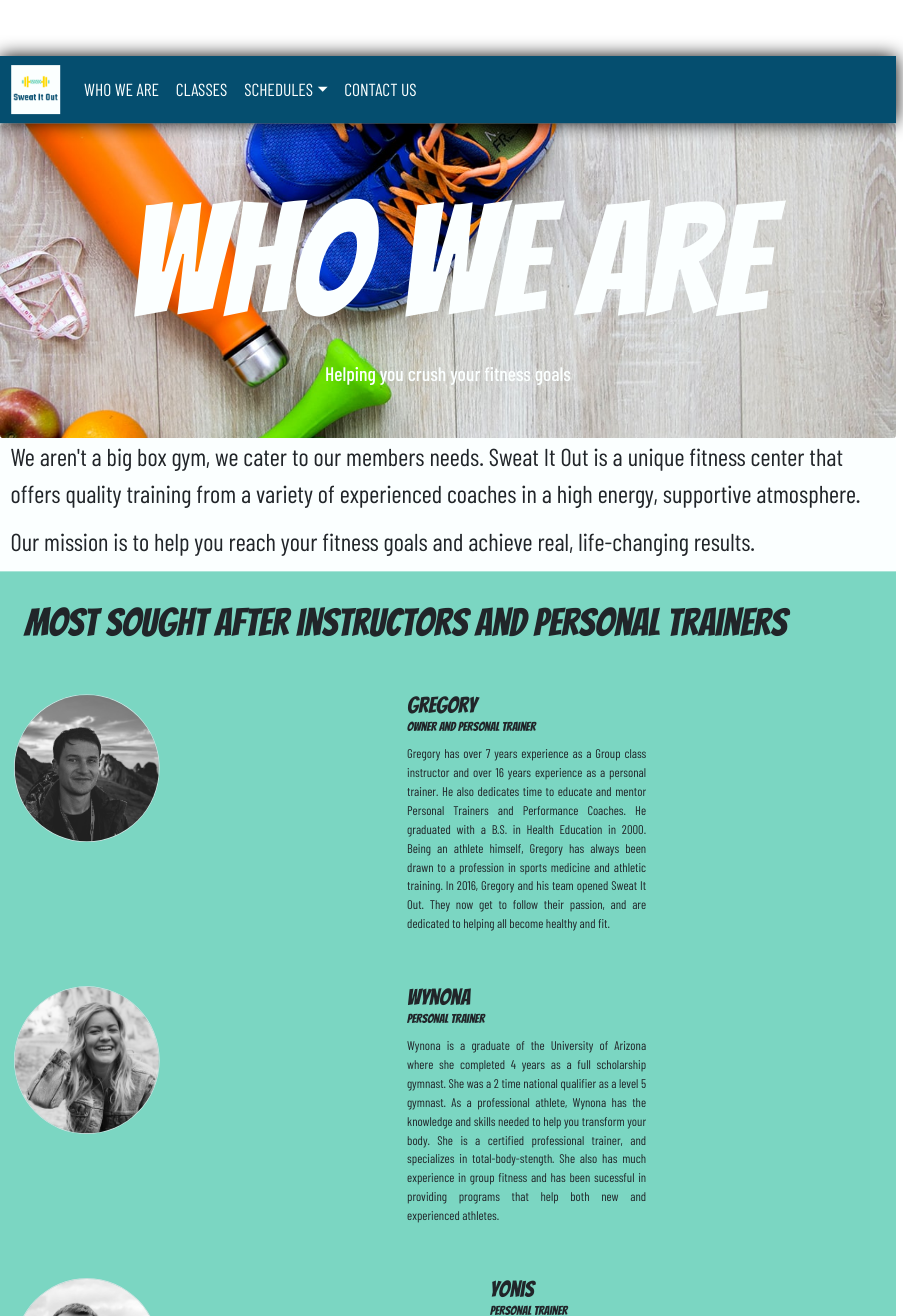
Repository: amybru/sweatitout
Page: about.html
The author's editor kept a record of every edit. The page is drawn from the files as they stood at one moment, then again after the next edit.
The browser window is 1280 px wide. The page is 1290 px wide, then 1280 px, so the pictures cover 1290 px, including what lies to the right of the window. The pictures show the part of the page from y = 0 to 1880 px (the page is 3206 px tall before and 3217 px after), at 70% of full size.
Some web fonts or font styles are not loaded; a fallback is used. Some web libraries are served in a nearby version.

Above is the page before.

### about.html
<!DOCTYPE html>
<html>

<head>
    <meta charset="utf-8">
    <meta name="viewport" content="width=device-width, initial-scale=1.0">
    <link rel="stylesheet" href="https://maxcdn.bootstrapcdn.com/bootstrap/4.2.1/css/bootstrap.min.css" type="text/css" />
    <link rel="stylesheet" href="https://maxcdn.bootstrapcdn.com/font-awesome/4.7.0/css/font-awesome.min.css" type="text/css" />
    <link href="https://fonts.googleapis.com/css?family=Bangers|Barlow+Condensed:200,300,400,500,700&display=swap" rel="stylesheet">
    <link rel="stylesheet" type="text/css" href="css/style.css">
    <title>Gym</title>
</head>

<body>

    <header>
        <nav class="navbar navbar-expand-lg navbar-default navbar-fixed-top">
            <a href="index.html" class="navbar-brand"><img src="./img/logo.png" width="70" height="70" class="d-inline-block align-top logo-img" alt=""></a>

            <button class="navbar-toggler ml-auto" type="button" data-toggle="collapse" data-target="#navbarNavDropdown" aria-controls="navbarNavDropdown" aria-expanded="false" aria-label="Toggle navigation">
        <span class="navbar-toggler-icon"></span></button>

            <div class="collapse navbar-collapse navbar-content" id="navbarNavDropdown">
                <ul class="navbar-nav navbar-right">
                    <li class="nav-item ml-auto list-inline-item menuitem uppercase"><a class="nav-link" href="about.html">Who We Are</a></li>
                    <li class="nav-item ml-auto list-inline-item menuitem uppercase"><a class="nav-link" href="classes.html">Classes</a></li>
                    <li class="nav-item dropdown d-none d-lg-block list-inline-item menuitem uppercase">
                        <a class="nav-link dropdown-toggle" href="#" id="navbarNavDropdownMenuLink" role="button" data-toggle="dropdown" aria-haspopup="true" aria-expanded="false">Schedules</a>
                        <div class="dropdown-menu" aria-labelledby="navbarNav DropdownMenuLink">
                            <a class="dropdown-item uppercase" href="./img/2018schedule.pdf" target="_blank">2018 Schedule</a>
                            <a class="dropdown-item uppercase" href="./img/2019schedule.pdf" target="_blank">2019 Schedule</a>
                            <a class="dropdown-item uppercase" href="./img/2019schedule.pdf" target="_blank">2020 Schedule</a>
                        </div>
                    </li>
                    <li class="active nav-item ml-auto list-inline-item menuitem uppercase"><a class="nav-link" href="contact.html">Contact Us</a></li>
            </div>

        </nav>
    </header>

    <section class="jumbotron" id="about-view">
        <div class="row">
            <div class="col-12">
                <section class="callout">
                    <h1 class="gym-name">Who We Are</h1>
                    <h3>Helping you crush your fitness goals</h3>
                </section>
            </div>
        </div>
    </section>

    <section class="about-about-page">
        <div class="col-12 about-about section-column">
            <div class="row">
                <div class="col-12">
                    <p>We aren't a big box gym, we cater to our members needs. Sweat It Out is a unique fitness center that offers quality training from a variety of experienced coaches in a high energy, supportive atmosphere.</p>
                    <p>Our mission is to help you reach your fitness goals and achieve real, life-changing results.</p>
                </div>
            </div>
        </div>
    </section>

    <section class="services-landing-page about-gallery" id="gallery">
        <div class="backdrop">
            <div class="row">
                <h2>
                    Most sought after instructors and personal trainers
                </h2>
                <div class="row">
                    <div class="col-12 col-lg-6 flex">
                        <img class="photo border" src="./img/trainerone.jpeg" alt="Gregory">
                    </div>
                    <div class="col-12 col-lg-6 flex">
                        <div class="instructor-details">
                            <h3>
                                Gregory<br>

                                <p>
                                    Owner and Personal Trainer
                                </p>
                            </h3>
                            <p>
                                Gregory has over 7 years experience as a Group class instructor and over 16 years experience as a personal trainer. He also dedicates time to educate and mentor Personal Trainers and Performance Coaches. He graduated with a B.S. in Health Education in
                                2000. Being an athlete himself, Gregory has always been drawn to a profession in sports medicine and athletic training. In 2016, Gregory and his team opened Sweat It Out. They now get to follow their passion, and are dedicated
                                to helping all become healthy and fit.</p>
                            </p>
                        </div>
                    </div>
                </div>
                <div class="row">
                    <div class="col-12 col-lg-6 flex">
                        <img class="photo border" src="./img/trainertwo.jpeg" alt="Wynona">
                    </div>
                    <div class="col-12 col-lg-6 flex">
                        <div class="instructor-details">
                            <h3>
                                Wynona<br>

                                <p>
                                    Personal Trainer
                                </p>
                            </h3>
                            <p>Wynona is a graduate of the University of Arizona where she completed 4 years as a full scholarship gymnast. She was a 2 time national qualifier as a level 5 gymnast. As a professional athlete, Wynona has the knowledge and
                                skills needed to help you transform your body. She is a certified professional trainer, and specializes in total-body-stength. She also has much experience in group fitness and has been sucessful in providing programs that
                                help both new and experienced athletes.</p>
                            </p>
                        </div>
                    </div>
                </div>
            <div class="row">
                    <div class="col-12 col-lg-6 flex">
                <img class="photo border" src="./img/trainerthree.jpeg" alt="Yonis">
                </div>
                    <div class="col-12 col-lg-6 flex">
                <div class="instructor-details">
                    <h3>
                        Yonis<br>

                        <p>
                            Personal Trainer
                        </p>
                    </h3>
                    <p>Yonis is a certified personal trainer, USA Boxing coach, and professional spinning instructor. His initial training experience began with amateur boxers and expanded to professional and group fitness training. He has worked with athletes
                        of all ages and sports.</p>
                    </p>
                </div>
            </div>
            <div class="flex">
                <img class="photo border" src="./img/trainerfour.jpeg" alt="April">
                <div class="instructor-details">
                    <h3>
                        April<br>

                        <p>
                            Personal Trainer
                        </p>
                    </h3>
                    <p>April is one of our most loved group-class instructors. While in college, April was on the Track & field team where she won several competitions. She then went on to work as an elementary school gym teacher. She loves working with
                        clients on specialized fitness programs</p>
                    </p>
                </div>
            </div>
        </div>
        </div>
    </section>


    <section class="you-about-page">
        <div class="col-12 about-skills section-column">
            <div class="row">
                <div class="col">
                    <h3 class="section-heading uppercase">Our story starts with you</h3>
                </div>
            </div>
            <div>
                <h4>Strength & Conditioning</h3>
                    <p>89%</p>
                    <div class="progress">
                        <div class="progress-bar progress-bar-striped progress-bar-animated" role="progressbar" aria-valuenow="89" aria-valuemin="0" aria-valuemax="100" style="width: 89%"></div>
                    </div>
                    <h4>Group Fitness & Cardio</h3>
                        <p>95%</p>
                        <div class="progress">
                            <div class="progress-bar progress-bar-striped progress-bar-animated" role="progressbar" aria-valuenow="90" aria-valuemin="0" aria-valuemax="100" style="width: 90%"></div>
                        </div>
                        <h4>Motivational Trainers</h3>
                            <p>99%</p>
                            <div class="progress">
                                <div class="progress-bar progress-bar-striped progress-bar-animated" role="progressbar" aria-valuenow="99" aria-valuemin="0" aria-valuemax="100" style="width: 98%"></div>
                            </div>
            </div>
        </div>
    </section>


    <section class="signup-about-page">
        <div class="col-12 about-signup section-column">
            <div class="row">
                <div class="col">
                    <h3 class="section-heading uppercase">Want to improve your strength, coordination, and flexibility?</h3>
                </div>
            </div>
            <div class="row">
                <div class="col-12">
                    <p>Come try a class on us.</p>
                    <a href="contact.html" class="btn btn-lg free-button uppercase">Sign up for a free class</a>
                </div>
            </div>
        </div>
    </section>


    <footer class="footer container-fluid" id="footer">
        <div>
            <div id="footer-details">
                <h5 class="footer-name uppercase">SWEAT IT OUT</h5>
                <p class="block">123 1st Street<br> (555) 222-2323</p>
            </div>

            <div class="footer-social">
                <ul class="list-inline social-links">
                    <li class="list-inline-item">
                        <a target="_blank" href="https://www.facebook.com/">
                            <i class="fa fa-facebook" aria-hidden="true"></i>
                            <span class="sr-only"Facebook></span>
                        </a>
                    </li>
                    <li class="list-inline-item">
                        <a target="_blank" href="https://www.yelp.com/">
                            <i class="fa fa-yelp" aria-hidden="true"></i>
                            <span class="sr-only"Yelp></span>
                        </a>
                    </li>
                    <li class="list-inline-item">
                        <a target="_blank" href="https://www.google.com/">
                            <i class="fa fa-google-plus" aria-hidden="true"></i>
                            <span class="sr-only"Google+></span>
                        </a>
                    </li>
                    <li class="list-inline-item">
                        <a target="_blank" href="https://www.instagram.com/">
                            <i class="fa fa-instagram" aria-hidden="true"></i>
                            <span class="sr-only"Instagram></span>
                        </a>
                    </li>
                    <li class="list-inline-item">
                        <a target="_blank" href="https://twitter.com/?lang=en">
                            <i class="fa fa-twitter" aria-hidden="true"></i>
                            <span class="sr-only"Twitter></span>
                        </a>
                    </li>
                </ul>
            </div>
        </div>

    </footer>

</body>

<script src="https://code.jquery.com/jquery-3.3.1.slim.min.js" integrity="sha384-q8i/X+965DzO0rT7abK41JStQIAqVgRVzpbzo5smXKp4YfRvH+8abtTE1Pi6jizo" crossorigin="anonymous"></script>
<script src="https://cdnjs.cloudflare.com/ajax/libs/popper.js/1.14.7/umd/popper.min.js" integrity="sha384-UO2eT0CpHqdSJQ6hJty5KVphtPhzWj9WO1clHTMGa3JDZwrnQq4sF86dIHNDz0W1" crossorigin="anonymous"></script>
<script src="https://stackpath.bootstrapcdn.com/bootstrap/4.3.1/js/bootstrap.min.js" integrity="sha384-JjSmVgyd0p3pXB1rRibZUAYoIIy6OrQ6VrjIEaFf/nJGzIxFDsf4x0xIM+B07jRM" crossorigin="anonymous"></script>

</html>

Loaded but not shown: css/style.css (625 lines, source omitted)

After the next edit:
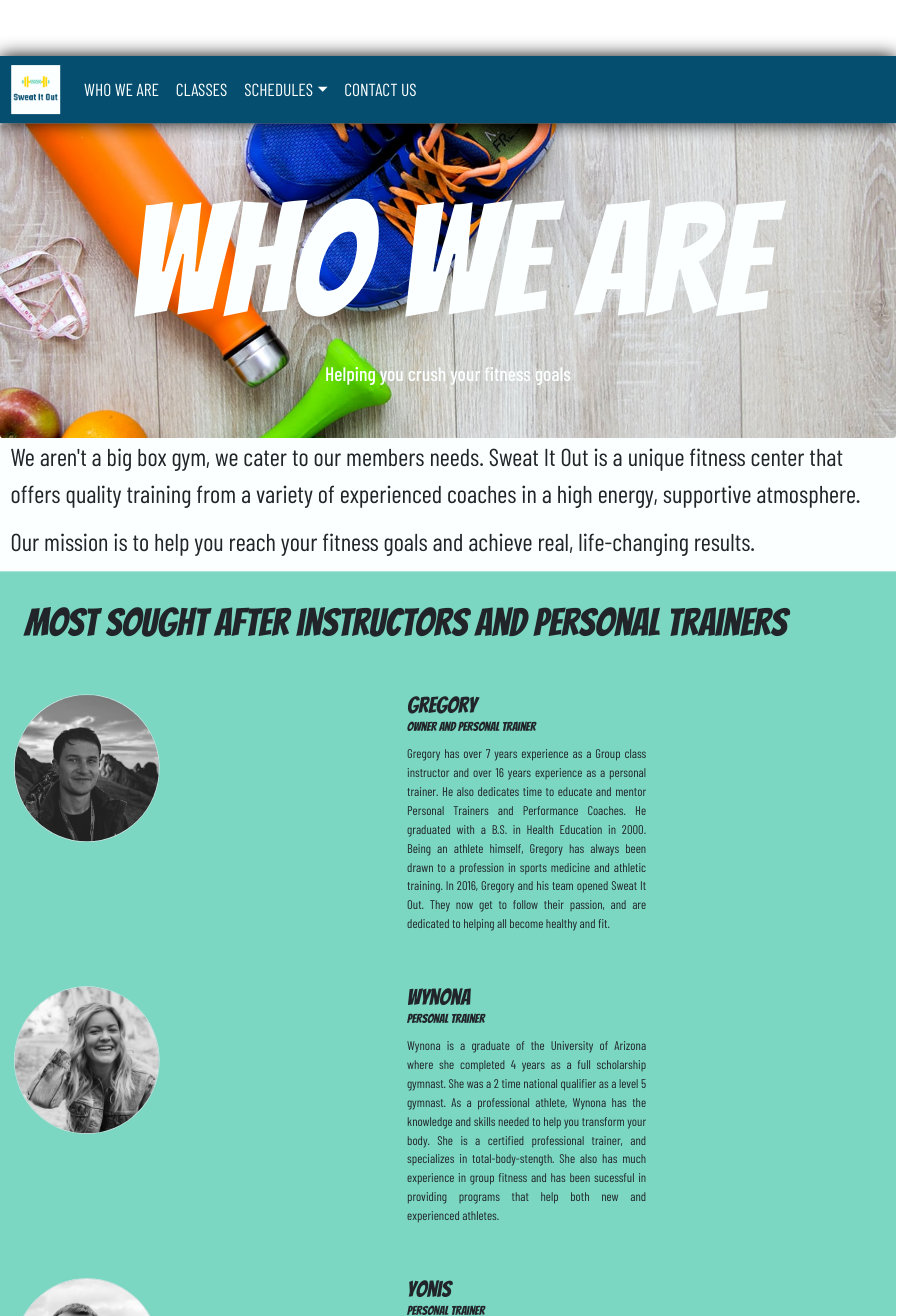
The edit:
--- a/about.html
+++ b/about.html
@@ -107,22 +107,24 @@
                         </div>
                     </div>
                 </div>
-            <div class="row">
-                    <div class="col-12 col-lg-6 flex">
-                <img class="photo border" src="./img/trainerthree.jpeg" alt="Yonis">
-                </div>
-                    <div class="col-12 col-lg-6 flex">
-                <div class="instructor-details">
-                    <h3>
-                        Yonis<br>
-
-                        <p>
-                            Personal Trainer
-                        </p>
-                    </h3>
-                    <p>Yonis is a certified personal trainer, USA Boxing coach, and professional spinning instructor. His initial training experience began with amateur boxers and expanded to professional and group fitness training. He has worked with athletes
-                        of all ages and sports.</p>
-                    </p>
+                <div class="row">
+                    <div class="col-12 col-lg-6 flex">
+                        <img class="photo border" src="./img/trainerthree.jpeg" alt="Yonis">
+                    </div>
+                    <div class="col-12 col-lg-6 flex">
+                        <div class="instructor-details">
+                            <h3>
+                                Yonis<br>
+
+                                <p>
+                                    Personal Trainer
+                                </p>
+                            </h3>
+                            <p>Yonis is a certified personal trainer, USA Boxing coach, and professional spinning instructor. His initial training experience began with amateur boxers and expanded to professional and group fitness training. He has worked
+                                with athletes of all ages and sports.</p>
+                            </p>
+                        </div>
+                    </div>
                 </div>
             </div>
             <div class="flex">
